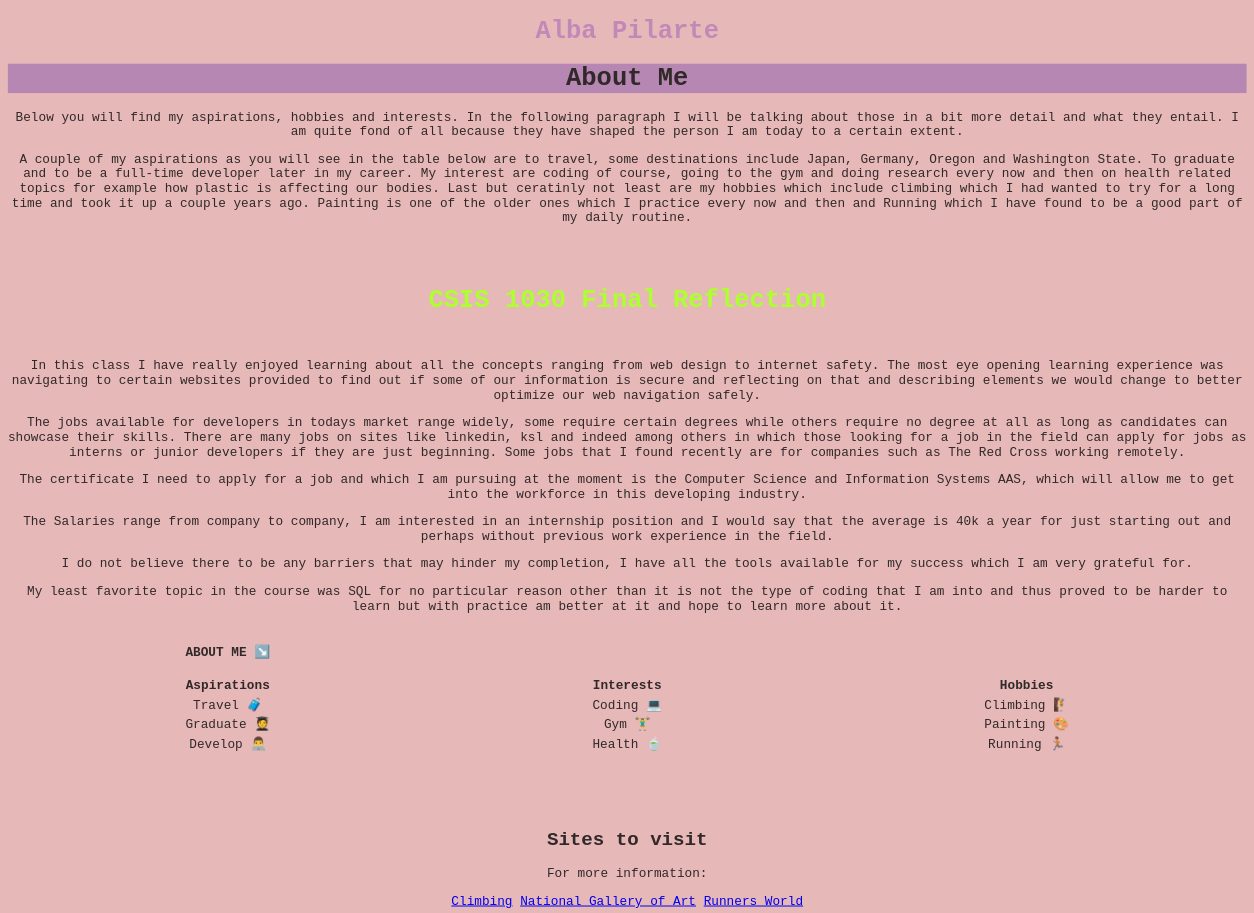
Repository: pilar122/e-portfolio
Page: index.html
These files come from the project's save history. The page is drawn as it stood at one moment and after the next save; the edit follows.
The browser window is 1280 px wide. The pictures show the whole page, at 98% of full size.

Above is the page before, as saved 2022-04-24 14:11:52.

### index.html
<!DOCTYPE html>
<html>
<head>
<title>Alba e-portfolio</title>
<style>
body {
  background-color: rgb(231, 184, 184);
  text-align: center;
  color: rgb(49, 41, 41);
  font-family: monospace;
}
</style>
</head>
<body>
    <header>
        <h1><span style="color:rgb(194, 137, 184)">Alba Pilarte</span></h1>
    </header>
    <header>
        <h1 style="background-color:rgb(182, 135, 179);">About Me</h1>
        <p>Below you will find my aspirations, hobbies and interests. In the following paragraph I will be talking about those in a bit more detail and what they entail. I am quite fond of all because they have shaped the person I am today to a certain extent.</p>
        <p>A couple of my aspirations as you will see in the table below are to travel, some destinations include Japan, Germany, Oregon and Washington State. To graduate and to be a full-time developer later in my career. My interest are coding of course, going to the gym and doing research every now and then on health related topics for example how plastic is affecting our bodies. Last but ceratinly not least are my hobbies which include climbing which I had wanted to try for a long time and took it up a couple years ago. Painting is one of the older ones which I practice every now and then and Running which I have found to be a good part of my daily routine. </p>
    </header>
    <br>
    <br>

    <Header>
      <h1> <span style= "color: greenyellow;">CSIS 1030 Final Reflection</span></h1>
      <br>
      <p>In this class I have really enjoyed learning about all the concepts ranging from web design to internet safety. The most eye opening learning experience was navigating to certain websites provided to find out if some of our information is secure and reflecting on that and describing elements we would change to better optimize our web navigation safely.   </p>
      <p>The jobs available for developers in todays market range widely, some require certain degrees while others require no degree at all as long as candidates can showcase their skills. There are many jobs on sites like linkedin, ksl and indeed among others in which those looking for a job in the field can apply for jobs as interns or junior developers if they are just beginning. Some jobs that I found recently are for companies such as The Red Cross working remotely.</p>
      <p>The certificate I need to apply for a job and which I am pursuing at the moment is the Computer Science and Information Systems AAS, which will allow me to get into the workforce in this developing industry.</p>
      <p>The Salaries range from company to company, I am interested in an internship position and I would say that the average is 40k a year for just starting out and perhaps without previous work experience in the field.</p>
      <p>I do not believe there to be any barriers that may hinder my completion, I have all the tools available for my success which I am very grateful for.</p>
      <p>My least favorite topic in the course was SQL for no particular reason other than it is not the type of coding that I am into and thus proved to be harder to learn but with practice am better at it and hope to learn more about it.</p>
    </Header>



    <div class="div1">
    <table style="width:100%" >
        <th><br><header>ABOUT ME ↘️ </header><br></th>
        <tr>
          <th>Aspirations</th>
          <th>Interests</th>
          <th>Hobbies</th>
        </tr>
        <tr>
          <td>Travel 🧳</td>
          <td>Coding 💻</td>
          <td>Climbing 🧗</td>
        </tr>
        <tr>
          <td>Graduate 🧑‍🎓</td>
          <td>Gym 🏋️‍♂️</td>
          <td>Painting 🎨</td>
        </tr>
        <tr>
            <td>Develop 👨‍💻</td>
            <td>Health 🍵</td>
            <td>Running 🏃🏽</td>
        </tr>
    </table>
    </div>
    <br>
    <br>
    <br>
    <br>
    <div class="div2">
    <footer>
        <h2>Sites to visit</h2>

        <p>For more information: </p>
        <a href="https://www.climbing.com">Climbing</a>
        <a href="https://www.nga.gov/collection/drawings/american-drawings.html">National Gallery of Art</a>
        <a href="https://www.runnersworld.com/runners-stories/">Runners World</a>
    </footer>
    </div>
</body>
</html>

After the next save:
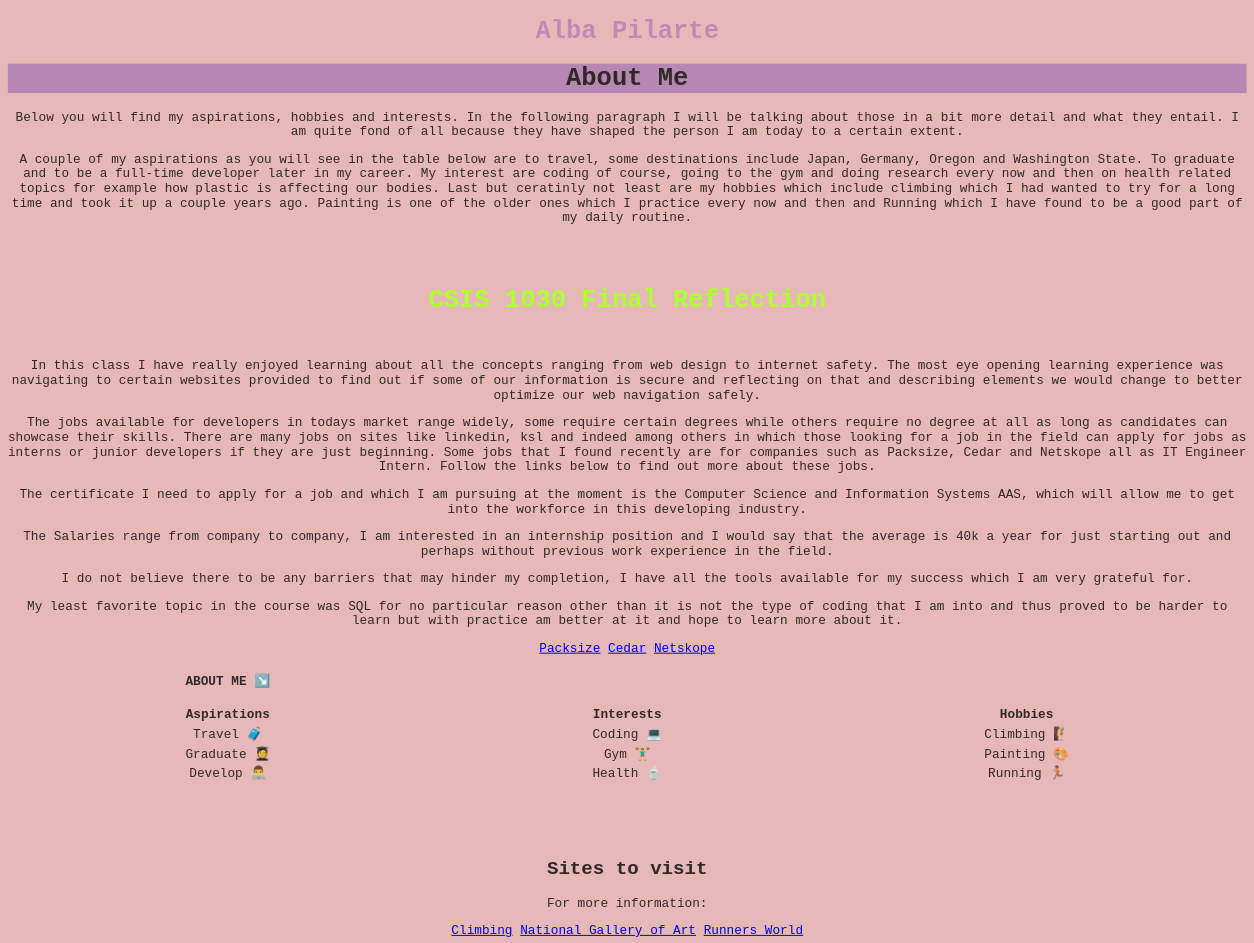
Saved 4 min 43 s later.
--- a/index.html
+++ b/index.html
@@ -27,11 +27,14 @@ body {
       <h1> <span style= "color: greenyellow;">CSIS 1030 Final Reflection</span></h1>
       <br>
       <p>In this class I have really enjoyed learning about all the concepts ranging from web design to internet safety. The most eye opening learning experience was navigating to certain websites provided to find out if some of our information is secure and reflecting on that and describing elements we would change to better optimize our web navigation safely.   </p>
-      <p>The jobs available for developers in todays market range widely, some require certain degrees while others require no degree at all as long as candidates can showcase their skills. There are many jobs on sites like linkedin, ksl and indeed among others in which those looking for a job in the field can apply for jobs as interns or junior developers if they are just beginning. Some jobs that I found recently are for companies such as The Red Cross working remotely.</p>
+      <p>The jobs available for developers in todays market range widely, some require certain degrees while others require no degree at all as long as candidates can showcase their skills. There are many jobs on sites like linkedin, ksl and indeed among others in which those looking for a job in the field can apply for jobs as interns or junior developers if they are just beginning. Some jobs that I found recently are for companies such as Packsize, Cedar and Netskope all as IT Engineer Intern. Follow the links below to find out more about these jobs.</p>
       <p>The certificate I need to apply for a job and which I am pursuing at the moment is the Computer Science and Information Systems AAS, which will allow me to get into the workforce in this developing industry.</p>
       <p>The Salaries range from company to company, I am interested in an internship position and I would say that the average is 40k a year for just starting out and perhaps without previous work experience in the field.</p>
       <p>I do not believe there to be any barriers that may hinder my completion, I have all the tools available for my success which I am very grateful for.</p>
       <p>My least favorite topic in the course was SQL for no particular reason other than it is not the type of coding that I am into and thus proved to be harder to learn but with practice am better at it and hope to learn more about it.</p>
+      <a href="https://www.linkedin.com/jobs/view/2980334059">Packsize</a>
+      <a href="https://www.linkedin.com/jobs/view/2946554376">Cedar</a>
+      <a href="https://www.linkedin.com/jobs/view/3014697171">Netskope</a>
     </Header>
 
 
